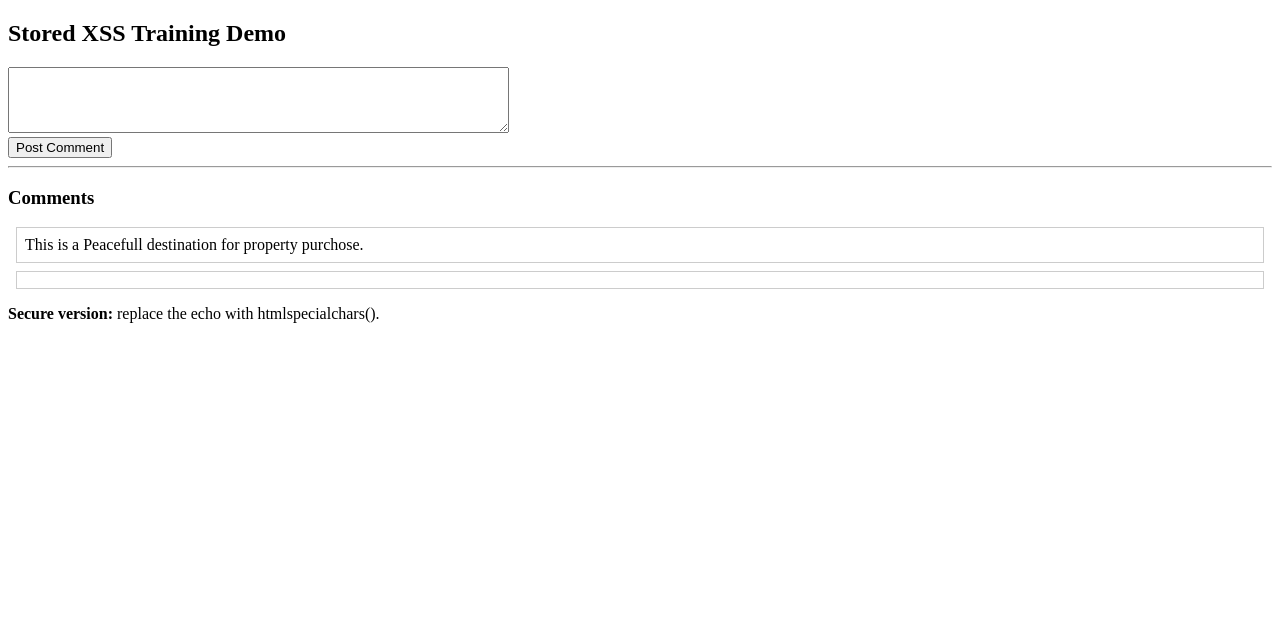
Repository: HRANIK841823/Property_Rental_Lab
Page: http://localhost/comments.php
An editor plug-in stored every save of this project. The page is shown before and after the next save, followed by the edit.
The browser window is 1280 px wide. The pictures show the whole page.
The page is run by PHP 8.4 with error messages shown; the project is at /var/www/html/. Queries for data that is not in the repository find no rows.

Above is the page before, as saved 2026-06-22 05:18:07.

After the next save:
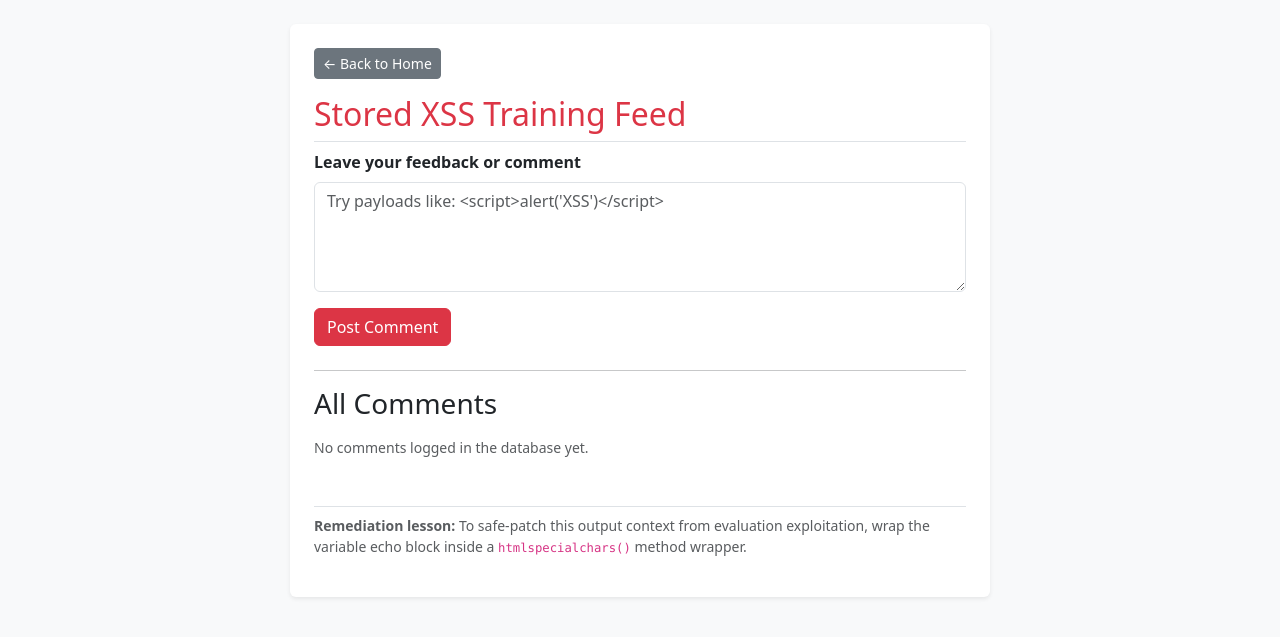
Saved 3 min 4 s later.
--- a/comments.php
+++ b/comments.php
@@ -1,24 +1,61 @@
 <?php
-$file="comments.txt";
-if($_SERVER["REQUEST_METHOD"]==="POST"){
-  file_put_contents($file,$_POST["comment"].PHP_EOL, FILE_APPEND);
+session_start();
+include "db.php";
+
+// =========================================================================
+// VULNERABILITY 3: Stored XSS (Reviews System)
+// FLAW: Database execution inserts unescaped values and renders them directly.
+// =========================================================================
+if ($_SERVER["REQUEST_METHOD"] === "POST" && isset($_POST['comment'])) {
+    $raw_comment = $_POST['comment'];
+    // Insecure raw database insert
+    $conn->query("INSERT INTO comments (comment_text) VALUES ('$raw_comment')");
 }
-$comments=file_exists($file)?file($file, FILE_IGNORE_NEW_LINES):[];
+
+// Fetch all comment logs to display
+$comments_query = $conn->query("SELECT comment_text FROM comments ORDER BY id DESC");
 ?>
 <!DOCTYPE html>
-<html><body>
-<h2>Stored XSS Training Demo</h2>
-<form method="post">
-<textarea name="comment" rows="4" cols="60"></textarea><br>
-<button type="submit">Post Comment</button>
-</form>
-<hr>
-<h3>Comments</h3>
-<?php
-foreach($comments as $c){
-  // Intentional training flaw: output without escaping.
-  echo "<div style='border:1px solid #ccc;padding:8px;margin:8px'>".$c."</div>";
-}
-?>
-<p><b>Secure version:</b> replace the echo with htmlspecialchars().</p>
-</body></html>
+<html lang="en">
+<head>
+    <meta charset="UTF-8">
+    <title>Stored XSS Training Demo</title>
+    <link href="https://cdn.jsdelivr.net/npm/bootstrap@5.3.3/dist/css/bootstrap.min.css" rel="stylesheet">
+</head>
+<body class="bg-light p-4">
+
+<div class="container bg-white p-4 rounded shadow-sm" style="max-width: 700px;">
+    <a href="homepage.php" class="btn btn-secondary btn-sm mb-3">← Back to Home</a>
+
+    <h2 class="text-danger border-bottom pb-2">Stored XSS Training Feed</h2>
+
+    <form method="POST" action="comments.php" class="mb-4">
+        <div class="mb-3">
+            <label class="form-label fw-bold">Leave your feedback or comment</label>
+            <textarea name="comment" class="form-control" rows="4" placeholder="Try payloads like: <script>alert('XSS')</script>" required></textarea>
+        </div>
+        <button type="submit" class="btn btn-danger">Post Comment</button>
+    </form>
+
+    <hr>
+    <h3>All Comments</h3>
+
+    <div class="mt-3">
+        <?php if ($comments_query && $comments_query->num_rows > 0): ?>
+            <?php while($row = $comments_query->fetch_assoc()): ?>
+                <div class="alert alert-secondary text-dark shadow-sm">
+                    <?= $row['comment_text']; ?>
+                </div>
+            <?php endwhile; ?>
+        <?php else: ?>
+            <p class="text-muted small">No comments logged in the database yet.</p>
+        <?php endif; ?>
+    </div>
+
+    <p class="mt-5 text-muted small border-top pt-2">
+        <b>Remediation lesson:</b> To safe-patch this output context from evaluation exploitation, wrap the variable echo block inside a <code>htmlspecialchars()</code> method wrapper.
+    </p>
+</div>
+
+</body>
+</html>
